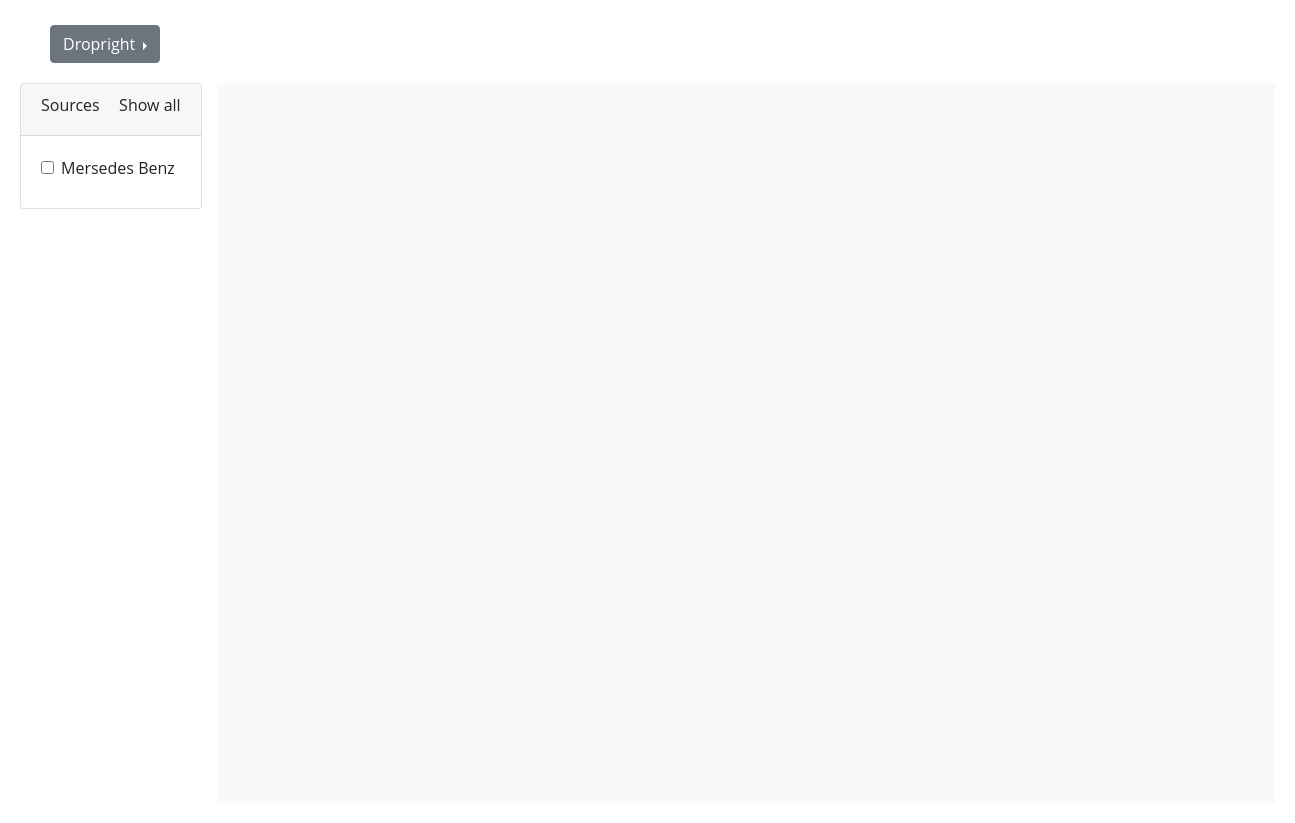
Repository: tts2610/GoogleNews
Page: index.html
These files come from the project's save history. The page is drawn as it stood at one moment and after the next save; the edit follows.
The browser window is 1280 px wide. The page is 1295 px wide, so the pictures cover 1295 px, including what lies to the right of the window. The pictures show the whole page.
The page's requests for data from a server got no answer. Some web libraries are served in a nearby version.

Above is the page before, as saved 2020-05-21 01:24:37.

After the next save:
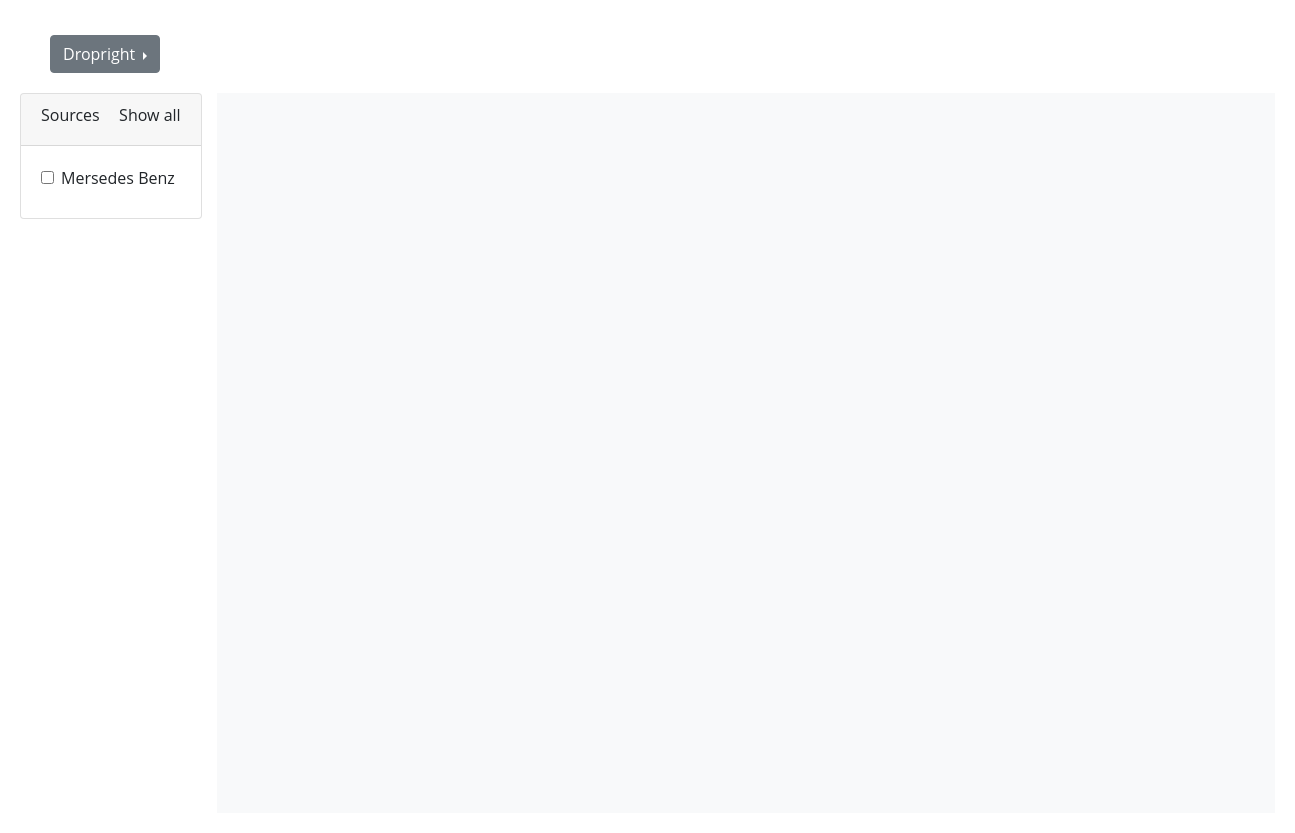
Saved 16 s later.
--- a/index.html
+++ b/index.html
@@ -25,7 +25,7 @@
 
 <body>
     <div class="myContainer">
-        <div class="btn-group dropright" style="margin-left: -450px; margin-top: 25px;">
+        <div class="btn-group dropright" style="margin-left: -450px; margin-top: 35px;">
             <button type="button" class="btn btn-secondary dropdown-toggle" data-toggle="dropdown" aria-haspopup="true" aria-expanded="false">
               Dropright
             </button>
